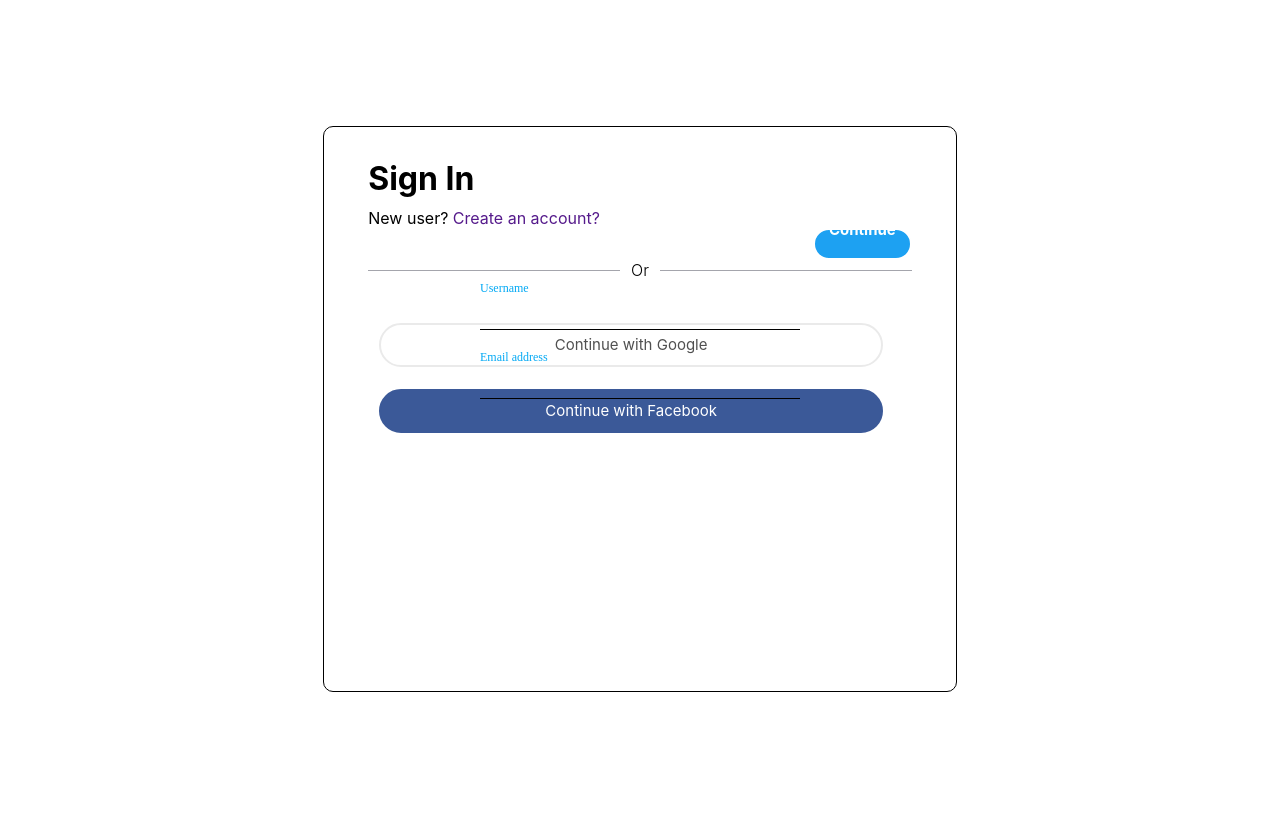
Repository: thangluu93/WereWolf
Page: Template/signIn.html
An editor plug-in stored every save of this project. The page is shown before and after the next save, followed by the edit.
The browser window is 1280 px wide. The pictures show the whole page.

Above is the page before, as saved 2020-01-13 16:46:31.

After the next save:
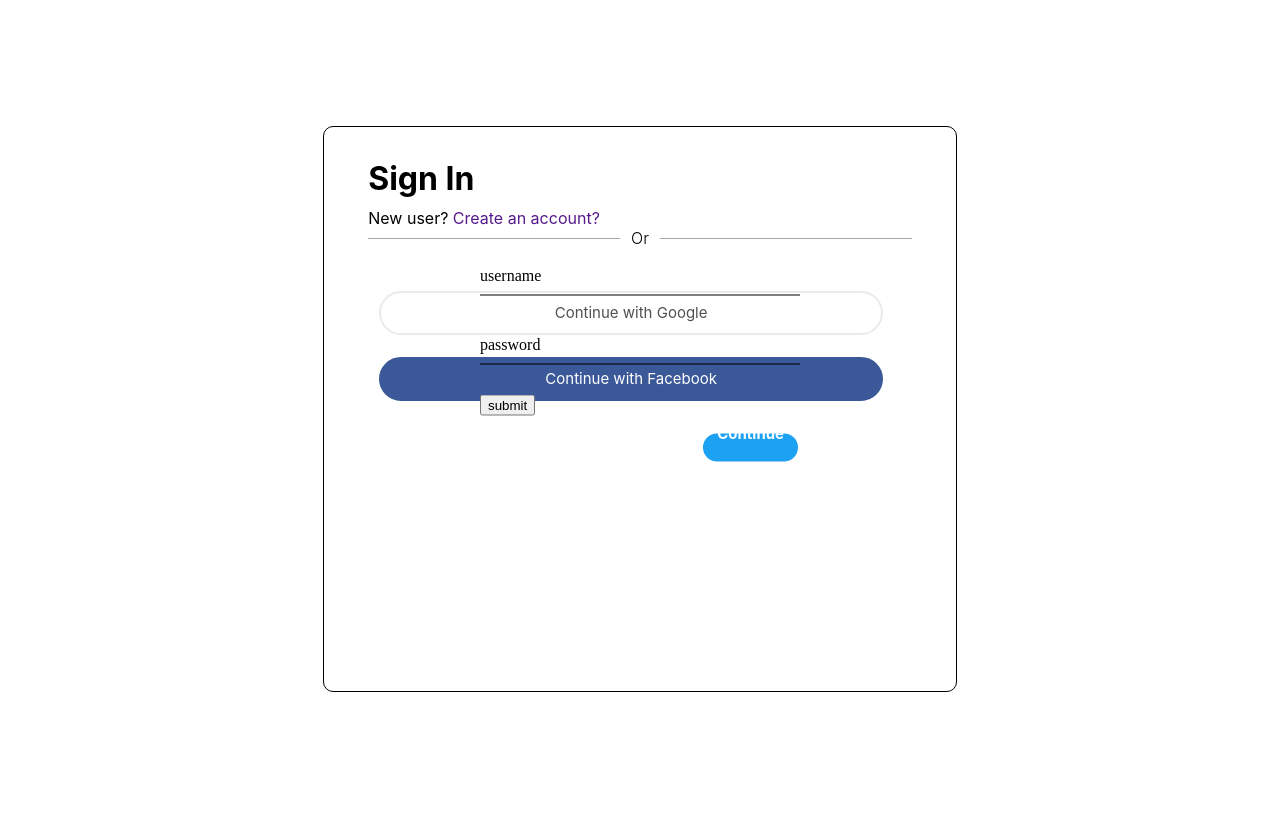
Saved 10 min 3 s later.
--- a/Template/signIn.html
+++ b/Template/signIn.html
@@ -16,17 +16,17 @@
                     </div>
                     <div class="fieldLayout">
                         <div class="box" >
-                            <div class="inputBox" >
-
-                                <input type="email" class="field">
-                                <label>Username</label>
-                            </div>
-                            <div class="inputBox" >
-
-                                <input type="email" class="field">
-                                <label> Email address </label>
-                            </div>
-                        </div>
+                            <form>
+                                <div class="inputBox">
+                                    <input type="text" name="" required="">
+                                    <label>username</label>
+                                </div>
+                                <div class="inputBox">
+                                    <input type="password" name="" required="">
+                                    <label>password</label>
+                                </div>
+                                <input type="submit" name="" value="submit">
+                            </form>
                         <div class="emailContinue">
                             <button class="emailContinueBtn ">
                                 <span>Continue</span>
